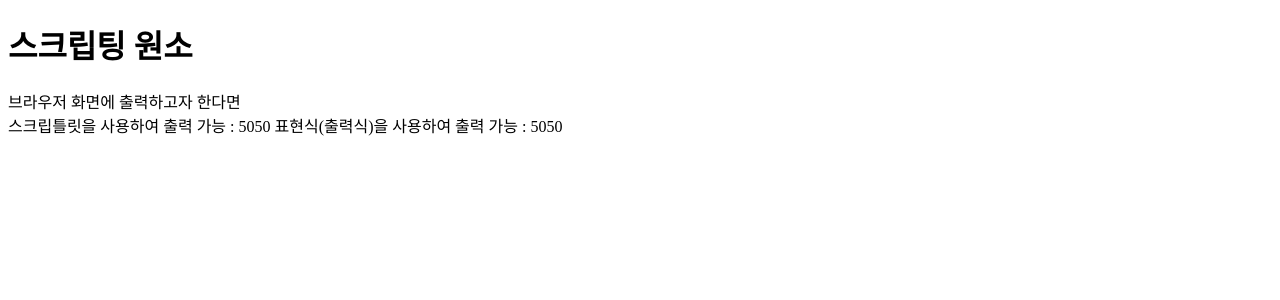
Repository: smjae96/Backup
Page: http://localhost/2_JSP/views/01_ScriptingElement.jsp
The author's editor kept a copy of each file at every save. The page is drawn from the files as they stood at one save, then again after the next save.
The browser window is 1280 px wide. The pictures show the whole page.
The page is served by Tomcat 9.

Above is the page before, as saved 2024-03-07 02:38:04.

After the next save:
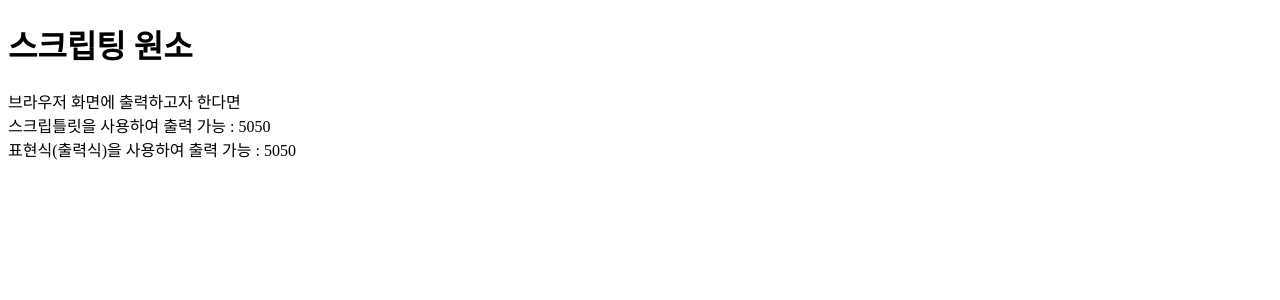
Saved 18 s later.
--- a/5_Servlet/2_JSP/src/main/webapp/views/01_ScriptingElement.jsp
+++ b/5_Servlet/2_JSP/src/main/webapp/views/01_ScriptingElement.jsp
@@ -22,7 +22,7 @@
 	%>
 	<p>
 		브라우저 화면에 출력하고자 한다면 <br>
-		스크립틀릿을 사용하여 출력 가능 : <% out.println(i); %>
+		스크립틀릿을 사용하여 출력 가능 : <% out.println(i); %><br>
 		표현식(출력식)을 사용하여 출력 가능 : <%= i %>
 	</p>
 </body>
